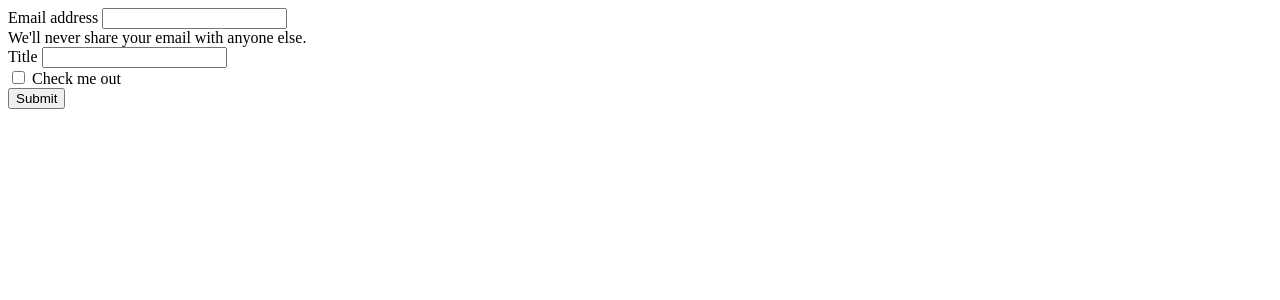
Repository: rkrukshan/Laravel-CRUD-with-Livewire-V-3.0
Page: resources/views/livewire/posts.blade.php
The author's editor kept a copy of each file at every save. The page is drawn from the files as they stood at one save, then again after the next save.
The browser window is 1280 px wide. The pictures show the whole page.
The page is served by the project's Laravel application, run on PHP 8.4 with Laravel 10. The template is opened directly, without the code that normally fills it, so the values that code supplies are empty.

Above is the page before, as saved 2023-11-10 23:34:34.

After the next save:
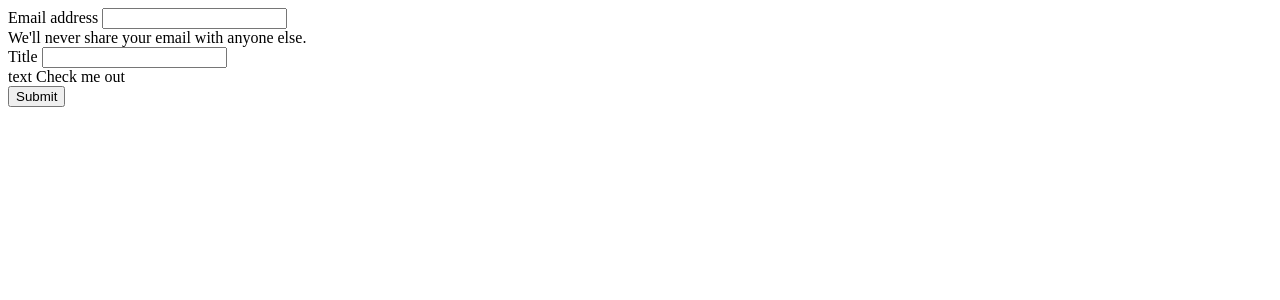
Saved 11 s later.
--- a/resources/views/livewire/create.blade.php
+++ b/resources/views/livewire/create.blade.php
@@ -10,8 +10,7 @@
       <input type="text" class="form-control" id="exampleInputPassword1">
     </div>
     <div class="mb-3 form-check">
-      <input type="checkbox" class="form-check-input" id="exampleCheck1">
-      <label class="form-check-label" for="exampleCheck1">Check me out</label>
+text      <label class="form-check-label" for="exampleCheck1">Check me out</label>
     </div>
     <button type="submit" class="btn btn-primary">Submit</button>
   </form>
